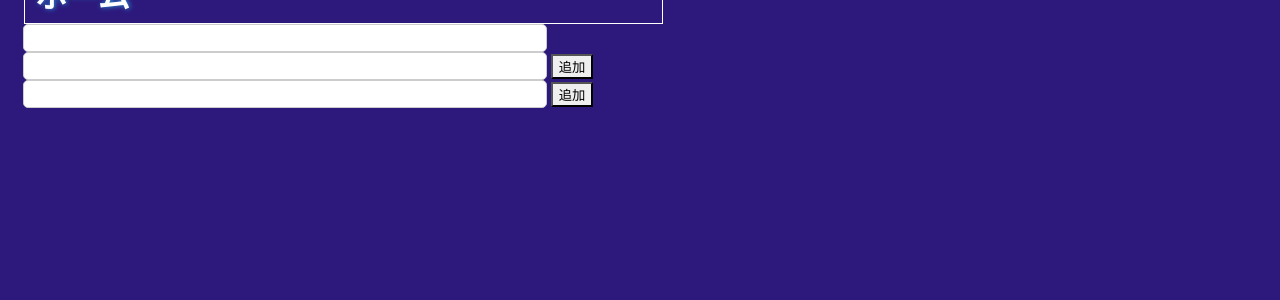
Repository: azuma2/tui2b
Page: http://localhost/
The author's editor kept a copy of each file at every save. The page is drawn from the files as they stood at one save, then again after the next save.
The browser window is 1280 px wide. The pictures show the whole page.
The page is served by the project's Laravel application, run on PHP 8.4 with Laravel 8. Other server files are loaded and not shown. Queries for data that is not in the repository find no rows.

Above is the page before, as saved 2022-03-28 18:25:42.

### routes/web.php
<?php

use Illuminate\Support\Facades\Route;
use App\Http\Controllers\Tui2Controller;

Route::get('/', [Tui2Controller::class, 'index']);
Route::post('/tui2/create', [Tui2Controller::class, 'create']);
Route::post('/tui2/update', [Tui2Controller::class, 'update']);
Route::post('/tui2/delete', [Tui2Controller::class, 'remove']);
Route::post('/', [Tui2Controller::class, 'post']);




Route::get('/reply/like', [RepliesController::class, 'like']);
Route::get('/reply/unlike', [RepliesController::class, 'unlike']);

### app/Http/Controllers/Tui2Controller.php
<?php

namespace App\Http\Controllers;

use App\Models\Tui2;
use Illuminate\Http\Request;
use Illuminate\Support\Facades\DB;

class Tui2Controller extends Controller
{
    public function index()
    {
        $items = Tui2::all();
        $items = DB::select('select * from tui2s');

        return view('index', ['items' => $items]);
    }

    public function create(Request $request)
    {
        $param = [
            'name' => $request->name,
            'content' => $request->content,


                ];
        $this->validate($request, Tui2::$rules);

        DB::insert('insert into tui2s (name,content) values (:name,:content)', $param);
        return redirect('/');
    }

    public function update(Request $request)
    {
         $param = [
            'id' => $request->id,
            'name' => $request->name,
            'content' => $request->content,

        ];
        $this->validate($request, Tui2::$rules);
        DB::update('update tui2s set name =:name, content =:content where id =:id', $param);
        return redirect('/');
    }

    public function remove(Request $request)
    {
        $param = ['id' => $request->id];
        DB::delete('delete from tui2s where id =:id', $param);
        return redirect('/');
    }


}

### app/Models/Tui2.php
<?php

namespace App\Models;

use App\Models\Tui2;
use Illuminate\Database\Eloquent\Factories\HasFactory;
use Illuminate\Database\Eloquent\Model;

class Tui2 extends Model

{
        use HasFactory;

    protected $fillable = ['content'];

    public static $rules = array(
        'content' => 'required|max:20',
    );






}

### resources/views/index.blade.php
<!DOCTYPE html>
<html lang="ja">
<head>
    <meta charset="UTF-8">
    <meta http-equiv="X-UA-Compatible" content="IE=edge">
    <meta name="viewport" content="width=device-width, initial-scale=1.0">
    <link rel="stylesheet" href="{{ asset('\resources\views\layouts\reset.css') }}" >
    <title>@yield('title')</title>
    <style>
    body {
      font-size:16px;
      margin: 5px;
      background-color: #2d197c;
    }


        td {
      padding: 5px 10px;
      text-align: center;


    }





    table{

    }

    .kakomi{
      border: solid;
    }

    .icon{
        height: 25px;
      width: 25px;
}

    .narabe{
      display:flex;
        flex-flow: column;
    }

    .button {
    background-image:url(img/heart.png);

    cursor: pointer;
    transition: 0.4s;
    outline: none;
}
.input-add {
    width: 80%;
    padding: 5px;
    border-radius: 5px;
    border: 1px solid #ccc;
    appearance: none;
    font-size: 14px;
    outline: none;
}
.input-update {
    width: 90%;
    padding: 5px;
    border-radius: 5px;
    border: 1px solid #ccc;
    appearance: none;
    font-size: 14px;
    outline: none;
}
    .card {
    width: 50vw;
    padding: 10px;
    position: absolute;
    top: -40px;
    left: 1%;

    border-radius: 10px;
}
    h1 {
      font-size:32px;
      color:white;
      text-shadow:1px 0 5px #289ADC;
      margin-left: 1px
    }

    .title{
          border: solid;border-color: #fff;
          border-width: 1px;
          padding: 10px;
    }
    .content {
      margin:10px;
    }

    .bgazou{
      background-image: url(img/detail.png);
    }

    p{

color: #fff;

    }

    .comment{
      text-align: left;
    }
    .name{
font-size:28px;
     display: inline;
    }



    </style>
  </head>
  <body>
  <div class="container">
    <div class="card">
      <h1 class="title">ホーム</h1>
            <div class="tui2">
              @if ($errors->has('content'))
                  <tr>
                    <th>ERROR</th>
                  <td>
                  {{$errors->first('content')}}
                </td>
            </tr>
          @endif


        <form action="/tui2/create" method="post">
            @csrf
          <input type="text" class="input-add" name="name" />
          <input type="text" class="input-add" name="content" />
          <input class="button" type="submit" value="追加" />
        </form>

        <form action="/tui2/create" method="post">
            @csrf

          <input type="text" class="input-add" name="content" />
          <input class="button" type="submit" value="追加" />
        </form>


          @csrf
          <div class="narabe">
        <table>
            @csrf


                    <tr>
            @foreach ($items as $item)
            <td>

<a href="#comment.php" class="blink">


            </td>

            <form action="/tui2/update" method="post">
              @csrf

              <td>
                <p class="name"></p>
                <img class="icon" src="img/heart.png">
              </td>
                          <td>
              <form action="/tui2/delete" method="post" >
                    @csrf
                <input  type="hidden" name="id" value="{{$item->id}}" >
                <input class="button" type="submit" value="" >
              </form>
            </td>
              <td>
                <p class="comment">{{$item->content}}</p>
              </td>
            </form>





              <form action="/tui2/delete" method="post" >
                    @csrf
                <input  type="hidden" name="id" value="{{$item->id}}" >
                <input class="button" type="submit" value="削除" >
              </form>


          </tr>
          @endforeach

                  </table>
</div>
      </div>
    </div>
  </div>
  </div>

</body>
</html>

### resources/views/layouts/reset.css
/*
html5doctor.com Reset Stylesheet
v1.6.1
Last Updated: 2010-09-17
Todo: Richard Clark - http://richclarkdesign.com
Twitter: @rich_clark
*/

html, body, div, span, object, iframe,
h1, h2, h3, h4, h5, h6, p, blockquote, pre,
abbr, address, cite, code,
del, dfn, em, img, ins, kbd, q, samp,
small, strong, sub, sup, var,
b, i,
dl, dt, dd, ol, ul, li,
fieldset, form, label, legend,
table, caption, tbody, tfoot, thead, tr, th, td,
article, aside, canvas, details, figcaption, figure,
footer, header, hgroup, menu, nav, section, summary,
time, mark, audio, video {
    margin:0;
    padding:0;
    border:0;
    outline:0;
    font-size:100%;
    vertical-align:baseline;
    background:transparent;
}

body {
    line-height:1;
}

article,aside,details,figcaption,figure,
footer,header,hgroup,menu,nav,section {
    display:block;
}

nav ul {
    list-style:none;
}

blockquote, q {
    quotes:none;
}

blockquote:before, blockquote:after,
q:before, q:after {
    content:'';
    content:none;
}

a {
    margin:0;
    padding:0;
    font-size:100%;
    vertical-align:baseline;
    background:transparent;
}

/* change colours to suit your needs */
ins {
    background-color:#ff9;
    color:#000;
    text-decoration:none;
}

/* change colours to suit your needs */
mark {
    background-color:#ff9;
    color:#000;
    font-style:italic;
    font-weight:bold;
}

del {
    text-decoration: line-through;
}

abbr[title], dfn[title] {
    border-bottom:1px dotted;
    cursor:help;
}

table {
    border-collapse:collapse;
    border-spacing:0;
}

/* change border colour to suit your needs */
hr {
    display:block;
    height:1px;
    border:0;
    border-top:1px solid #cccccc;
    margin:1em 0;
    padding:0;
}

input, select {
    vertical-align:middle;
}

Loaded but not shown: app/Http/Controllers/Controller.php (common file)

After the next save:
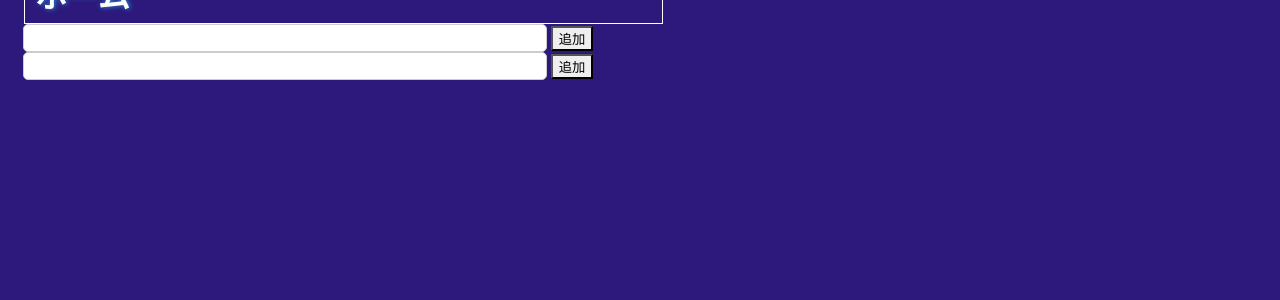
Saved 6 s later.
--- a/resources/views/index.blade.php
+++ b/resources/views/index.blade.php
@@ -133,7 +133,7 @@ font-size:28px;
         <form action="/tui2/create" method="post">
             @csrf
           <input type="text" class="input-add" name="name" />
-          <input type="text" class="input-add" name="content" />
+
           <input class="button" type="submit" value="追加" />
         </form>
 
